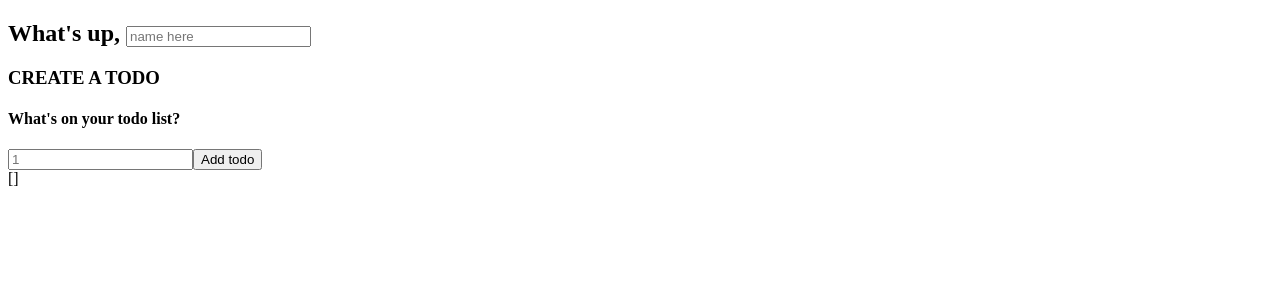
Repository: Kajo-lab/vue-todo
Page: /
The author's editor kept a copy of each file at every save. The page is drawn from the files as they stood at one save, then again after the next save.
The browser window is 1280 px wide. The pictures show the whole page.
The project was rebuilt for these pictures with package versions that can differ from the ones it lists, and the page was loaded fresh each time. Also part of the build but not shown: vite.config.js.

Above is the page before, as saved 2022-07-05 16:36:08.

After the next save:
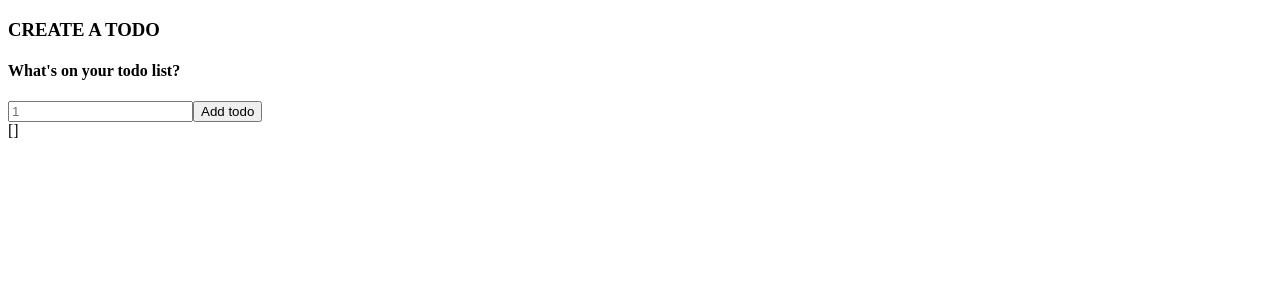
Saved 43 s later.
--- a/src/App.vue
+++ b/src/App.vue
@@ -40,13 +40,6 @@ onMounted(() => {
 <template>
 
 <main class="app">
-  <section class="section greeting">
-    <h2 class="title">
-      What's up, <input type="text" placeholder="name here"
-      v-model="name" />
-    </h2>
-  </section>
-
   <section class="create-todo">
     <h3>CREATE A TODO</h3>
 
